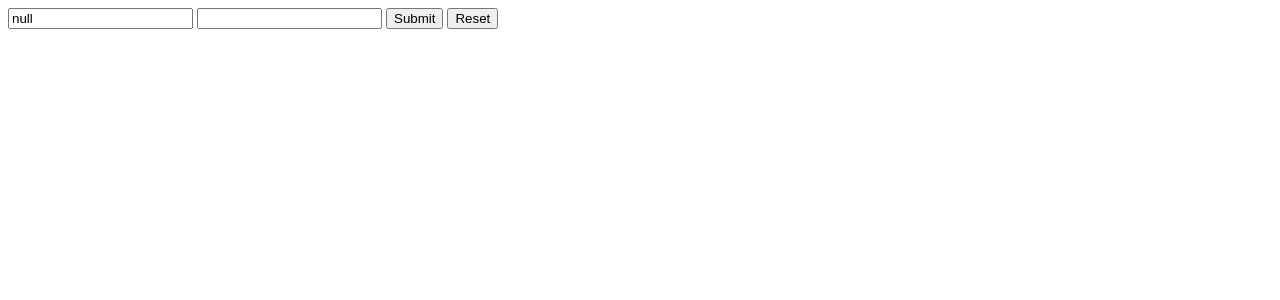
Repository: kdh2212/KDT_code
Page: http://localhost/20250806Web/updForm.jsp
The author's editor kept a copy of each file at every save. The page is drawn from the files as they stood at one save, then again after the next save.
The browser window is 1280 px wide. The pictures show the whole page.
The page is served by Tomcat 9. Other server files are loaded and not shown. Queries for data that is not in the repository find no rows.

Above is the page before, as saved 2025-08-06 07:09:36.

### 20250806Web/src/main/webapp/updForm.jsp
<%@ page language="java" contentType="text/html; charset=UTF-8"
    pageEncoding="UTF-8"%>
<%@ page import="java.sql.*, javax.sql.*" %>
<!DOCTYPE html>
<html>
<head>
<meta charset="UTF-8">
<title>Insert title here</title>
</head>
<body>

<%
String num = request.getParameter("num");
Connection conn = null;
Statement stmt = null;
ResultSet rs = null;
String content = "";
try {
    Class.forName("com.mysql.cj.jdbc.Driver");
    conn = DriverManager.getConnection("jdbc:mysql://localhost:3305/du08", "root", "1234");
    stmt = conn.createStatement();
    rs = stmt.executeQuery("SELECT * FROM tiny where num = " + num);
    if (rs.next()) {
        content = rs.getString("content");
    }
} catch (SQLException e) {
    out.println("데이터베이스 오류: " + e.getMessage());
} catch (ClassNotFoundException e) {
    out.println("드라이버를 찾을 수 없습니다: " + e.getMessage());
} finally {
    try {
        if (rs != null) rs.close();
        if (stmt != null) stmt.close();
        if (conn != null) conn.close();
    } catch (SQLException e) {
        out.println("리소스를 닫는 도중 오류 발생: " + e.getMessage());
    }
}
%>
<form action="updResult.jsp">
<input type="text" name="num"  value="<%=num%>"/>
<input type="text" name="content"  value="<%=content %>"/>
<input type="submit"/>
<input type="reset"/>
</form>
</body>
</html>

After the next save:
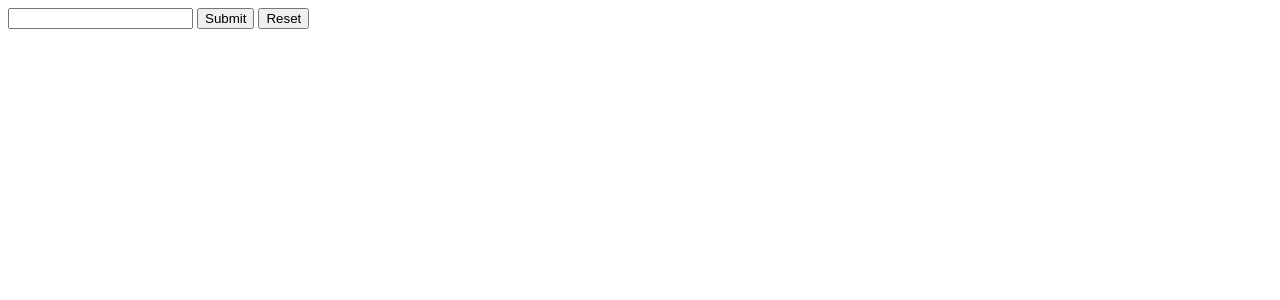
Saved 51 s later.
--- a/20250806Web/src/main/webapp/updForm.jsp
+++ b/20250806Web/src/main/webapp/updForm.jsp
@@ -38,7 +38,7 @@ try {
 }
 %>
 <form action="updResult.jsp">
-<input type="text" name="num"  value="<%=num%>"/>
+<input type="hidden" name="num"  value="<%=num%>"/>
 <input type="text" name="content"  value="<%=content %>"/>
 <input type="submit"/>
 <input type="reset"/>
